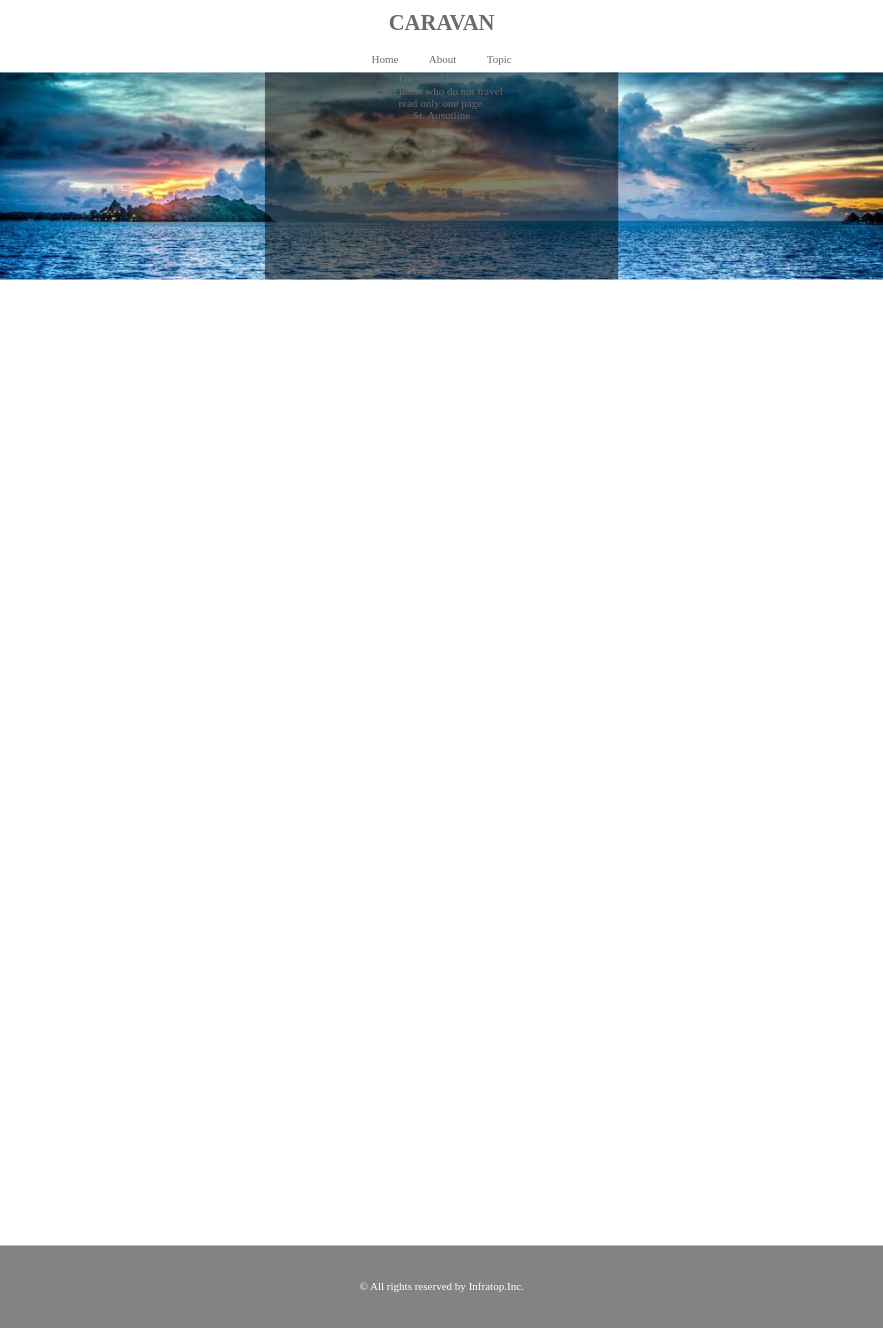
Repository: 44641/chapter9_exercise
Page: caravan/index.html
The author's editor kept a record of every edit. The page is drawn from the files as they stood at one moment, then again after the next edit.
The browser window is 1280 px wide. The pictures show the whole page, at 69% of full size.

Above is the page before.

After the next edit:
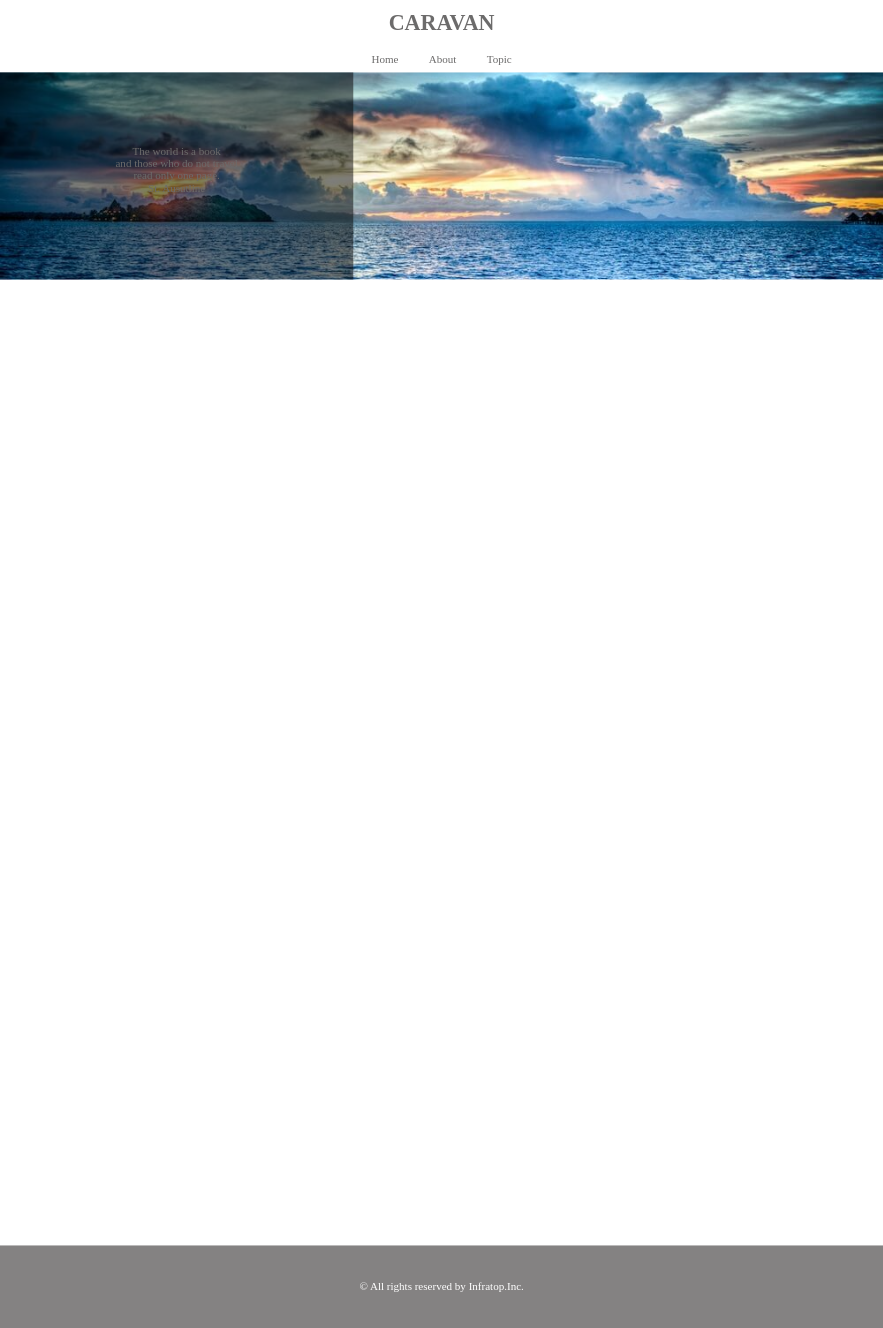
The edit:
--- a/caravan/style.css
+++ b/caravan/style.css
@@ -47,7 +47,23 @@
   height: 300px;
   background-color: rgba(0, 0, 0, 0.5);
   text-align: center;
-  margin: 0 auto;
+  padding-top: 105px;
+}
+
+.main-visual-content {
+  width: 40%;
+  height: 300px;
+  background-color: rgba(0, 0, 0, 0.5);
+  text-align: center;
+  padding-top: 105px;
+}
+
+.main-visual-content {
+  width: 40%;
+  height: 300px;
+  background-color: rgba(0, 0, 0, 0.5);
+  text-align: center;
+  padding-top: 105px;
 }
 
 .main{
